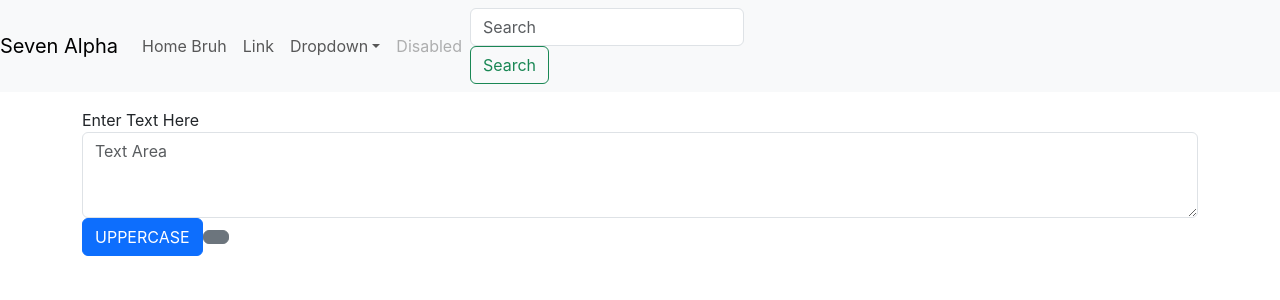
Repository: Shubham-tawar/Text-editor
Page: /
These files come from the project's save history. The page is drawn as it stood at one moment and after the next save; the edit follows.
The browser window is 1280 px wide. The pictures show the whole page.
The project was rebuilt for these pictures with package versions that can differ from the ones it lists, and the page was loaded fresh each time. Also part of the build but not shown: src/App.css.

Above is the page before, as saved 2025-07-05 16:57:51.

### public/index.html
<!DOCTYPE html>
<html lang="en">
  <head>
    <meta charset="utf-8" />
    <link rel="icon" href="%PUBLIC_URL%/favicon.ico" />
    <meta name="viewport" content="width=device-width, initial-scale=1" />
    <meta name="theme-color" content="#000000" />
    <meta
      name="description"
      content="Web site created using create-react-app"
    />
    <link rel="apple-touch-icon" href="%PUBLIC_URL%/logo192.png" />
    <!--
      manifest.json provides metadata used when your web app is installed on a
      user's mobile device or desktop. See https://developers.google.com/web/fundamentals/web-app-manifest/
    -->
    <link rel="manifest" href="%PUBLIC_URL%/manifest.json" />
    <!--
      Notice the use of %PUBLIC_URL% in the tags above.
      It will be replaced with the URL of the `public` folder during the build.
      Only files inside the `public` folder can be referenced from the HTML.

      Unlike "/favicon.ico" or "favicon.ico", "%PUBLIC_URL%/favicon.ico" will
      work correctly both with client-side routing and a non-root public URL.
      Learn how to configure a non-root public URL by running `npm run build`.
    -->
    <link href="https://cdn.jsdelivr.net/npm/bootstrap@5.3.7/dist/css/bootstrap.min.css" rel="stylesheet" integrity="sha384-LN+7fdVzj6u52u30Kp6M/trliBMCMKTyK833zpbD+pXdCLuTusPj697FH4R/5mcr" crossorigin="anonymous">
    <title>React App</title>
  </head>
  <body>
    <noscript>You need to enable JavaScript to run this app.</noscript>
    <div id="root"></div>
    <!--
      This HTML file is a template.
      If you open it directly in the browser, you will see an empty page.

      You can add webfonts, meta tags, or analytics to this file.
      The build step will place the bundled scripts into the <body> tag.

      To begin the development, run `npm start` or `yarn start`.
      To create a production bundle, use `npm run build` or `yarn build`.
    -->
      <script src="https://cdn.jsdelivr.net/npm/bootstrap@5.3.7/dist/js/bootstrap.bundle.min.js" integrity="sha384-ndDqU0Gzau9qJ1lfW4pNLlhNTkCfHzAVBReH9diLvGRem5+R9g2FzA8ZGN954O5Q" crossorigin="anonymous"></script>
  </body>
</html>

### src/App.js

import './App.css';
import Navbar from './components/Navbar';
import Textform from './components/Textform';

function App() {
  return (
    <>
    <Navbar title="Seven Alpha" aboutText="Bruh"/>
    <Textform heading = "Enter Text Here"/>
    </>
  );
}

export default App;

### src/components/Navbar.js
import React from 'react'
import PropTypes from 'prop-types'
export default function Navbar(props) {
  return (
    <nav className="navbar navbar-expand-lg navbar-light bg-light">
      <a className="navbar-brand" href="/">{props.title}</a>
      <button className="navbar-toggler" type="button" data-toggle="collapse" data-target="#navbarSupportedContent" aria-controls="navbarSupportedContent" aria-expanded="false" aria-label="Toggle navigation">
        <span className="navbar-toggler-icon"></span>
      </button>

      <div className="collapse navbar-collapse" id="navbarSupportedContent">
        <ul className="navbar-nav mr-auto">
          <li className="nav-item active">
            <a className="nav-link" href="/">Home <span className="sr-only">{props.aboutText}</span></a>
          </li>
          <li className="nav-item">
            <a className="nav-link" href="/">Link</a>
          </li>
          <li className="nav-item dropdown">
            <a className="nav-link dropdown-toggle" href="/" id="navbarDropdown" role="button" data-toggle="dropdown" aria-haspopup="true" aria-expanded="false">
              Dropdown
            </a>
            <div className="dropdown-menu" aria-labelledby="navbarDropdown">
              <a className="dropdown-item" href="/">Action</a>
              <a className="dropdown-item" href="/">Another action</a>
              <div className="dropdown-divider"></div>
              <a className="dropdown-item" href="/">Something else here</a>
            </div>
          </li>
          <li className="nav-item">
            <a className="nav-link disabled" href="/">Disabled</a>
          </li>
        </ul>
        <form className="form-inline my-2 my-lg-0">
          <input className="form-control mr-sm-2" type="search" placeholder="Search" aria-label="Search"/>
          <button className="btn btn-outline-success my-2 my-sm-0" type="submit">Search</button>
        </form>
      </div>
    </nav>
  )
}

Navbar.prototypes = {
    title: PropTypes.string,
    aboutText: PropTypes.string
}

### src/components/Textform.js
import React from 'react'
import PropTypes from 'prop-types'

export default function Textform(props) {
  return (
    <form className='container my-3'>

        <div class="form-group">
            <label for="exampleFormControlTextarea1">{props.heading}</label>
            <textarea class="form-control" id="exampleFormControlTextarea1" rows="3" placeholder='Text Area'></textarea>
            <button className="btn btn-primary">UPPERCASE</button>
            <button className="btn btn-secondary"></button>
        </div>
    </form>
  )
}

Textform.propTypesropTypes = {
    heading: PropTypes.string
}

Textform.defaultProps = {
    heading: "Enter Text Here"
}

Loaded but not shown: src/index.js (common file); src/index.css (common file); src/reportWebVitals.js (common file)

After the next save:
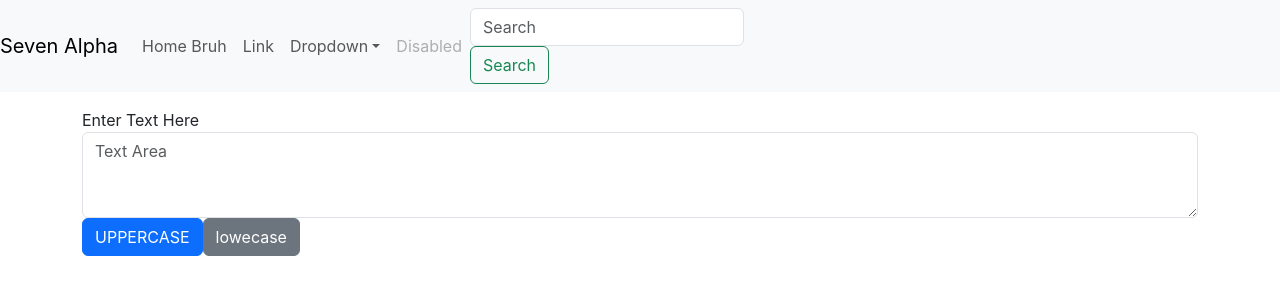
Saved 5 s later.
--- a/src/components/Textform.js
+++ b/src/components/Textform.js
@@ -9,7 +9,7 @@ export default function Textform(props) {
             <label for="exampleFormControlTextarea1">{props.heading}</label>
             <textarea class="form-control" id="exampleFormControlTextarea1" rows="3" placeholder='Text Area'></textarea>
             <button className="btn btn-primary">UPPERCASE</button>
-            <button className="btn btn-secondary"></button>
+            <button className="btn btn-secondary">lowecase</button>
         </div>
     </form>
   )
